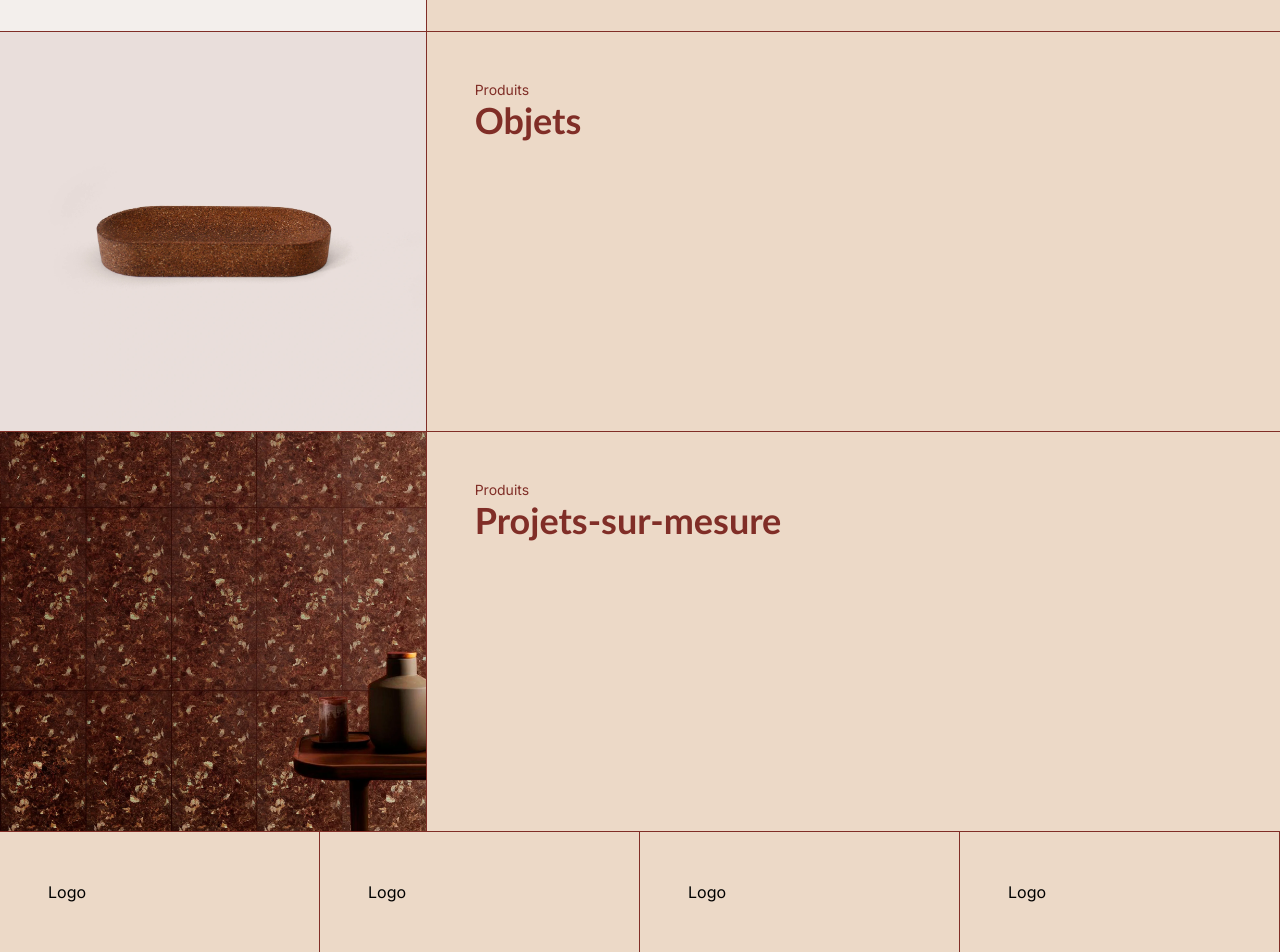
Repository: Neewd/adaozan
Page: /
The author's editor kept a copy of each file at every save. The page is drawn from the files as they stood at one save, then again after the next save.
The browser window is 1280 px wide. The pictures show the part of the page from y = 1096 to 2048 px (the page is 2048 px tall).
The project was rebuilt for these pictures with package versions that can differ from the ones it lists, and the page was loaded fresh each time. The framework's server and built-in components were replaced by stand-ins that run in the browser. Also part of the build but not shown: next.config.js.

Above is the page before, as saved 2023-08-10 21:13:53.

### app/page.tsx
import Image from "next/image";
import { Metadata } from "next";
import { ProductHero, ProductHeroProps } from "./components/ProductHero";
import { LogoCloud } from "./components/LogoCloud";

export const metadata: Metadata = {
	title: "Adaozañ",
	description: "Terme breton, définition: recycler, revaloriser",
};

const products: ProductHeroProps[] = [
	{
		imageUrl: "/img/echantillons.webp",
		title: "Produits",
		subtitle: "Echantillons",
	},
	{
		imageUrl: "/img/broye_solo.webp",
		title: "Produits",
		subtitle: "Objets",
	},
	{
		imageUrl: "/img/credence.webp",
		title: "Produits",
		subtitle: "Projets-sur-mesure",
		objectPosition: "right",
	},
];

const logos: string[] = ["logo1.png", "logo2.png", "logo3.png", "logo4.png"];

export default function Home() {
	return (
		<div className="w-full bg-cream-100 relative h-min min-h-full">
			<div className="flex top-0 sticky w-full z-1 h-[90vh]">
				<div className="basis-4/12 p-12 border-r border-brown-100">
					<Image
						src="/img/logo.png"
						width={500}
						height={500}
						alt="Logo Adaozan"
					/>
				</div>
				<div className="basis-8/12 relative">
					<Image
						className="object-cover"
						src="/img/valorisation-marc-de-pomme.webp"
						fill={true}
						alt="Valorisation marc de pomme"
					/>
				</div>
			</div>

			<div className="flex h-20 border-y border-brown-100 z-20 sticky top-0 ">
				<div className="basis-4/12 border-r px-6 flex items-center bg-cream-100"></div>
				<div className="basis-8/12 flex justify-around items-center h-full bg-cream-100/40 backdrop-blur-md">
					<div className="text-brown-100 text-lg">Produits</div>
					<div className="text-brown-100 text-lg">A propos</div>
					<div className="text-brown-100 text-lg">Contact</div>
				</div>
			</div>

			<div className="flex z-10 relative flex-col">
				{products.map((product) => {
					return (
						<ProductHero
							key={product.title}
							imageUrl={product.imageUrl}
							title={product.title}
							subtitle={product.subtitle}
						/>
					);
				})}
			</div>
			<div>
				<LogoCloud logos={logos} />
			</div>
		</div>
	);
}

### app/components/ProductHero.tsx
import Image from "next/image";
import classNames from "classnames";

export type ObjectPosition = "right" | "center";

export interface ProductHeroProps {
	imageUrl: string;
	imageAlt?: string;
	title: string;
	subtitle: string;
	objectPosition?: ObjectPosition;
}

export const ProductHero = ({
	imageUrl,
	imageAlt,
	title,
	subtitle,
	objectPosition,
}: ProductHeroProps) => {
	console.log("objectPosition", objectPosition);
	return (
		<div className="flex w-full h-[400px] bg-cream-100 cursor-pointer">
			<div className="flex basis-4/12 relative border-b border-brown-100">
				<Image
					className={classNames(
						"object-cover border-r border-brown-100",
						{
							"object-right": objectPosition === "right",
						}
					)}
					src={imageUrl}
					fill={true}
					alt={imageAlt ?? ""}
				/>
			</div>
			<div className="flex basis-8/12 relative gap-3 flex-col border-b border-brown-100">
				<div className="sticky p-12  top-24">
					<div className="text-sm text-brown-100">{title}</div>
					<div className="text-4xl text-brown-100 font-semibold font-heading">
						{subtitle}
					</div>
				</div>
			</div>
		</div>
	);
};

### app/components/LogoCloud.tsx
import Image from "next/image";

export const LogoCloud = ({ logos }: { logos: string[] }) => {
	return (
		<div className="flex w-full bg-cream-100 ">
			{logos.map((logo) => {
				return (
					<div
						className="px-12 py-12 flex-1 border-r border-brown-100"
						key={logo}
					>
						Logo
					</div>
				);
			})}
		</div>
	);
};

Loaded but not shown: app/layout.tsx (common file); app/globals.css (common file); tailwind.config.js (common file)

After the next save:
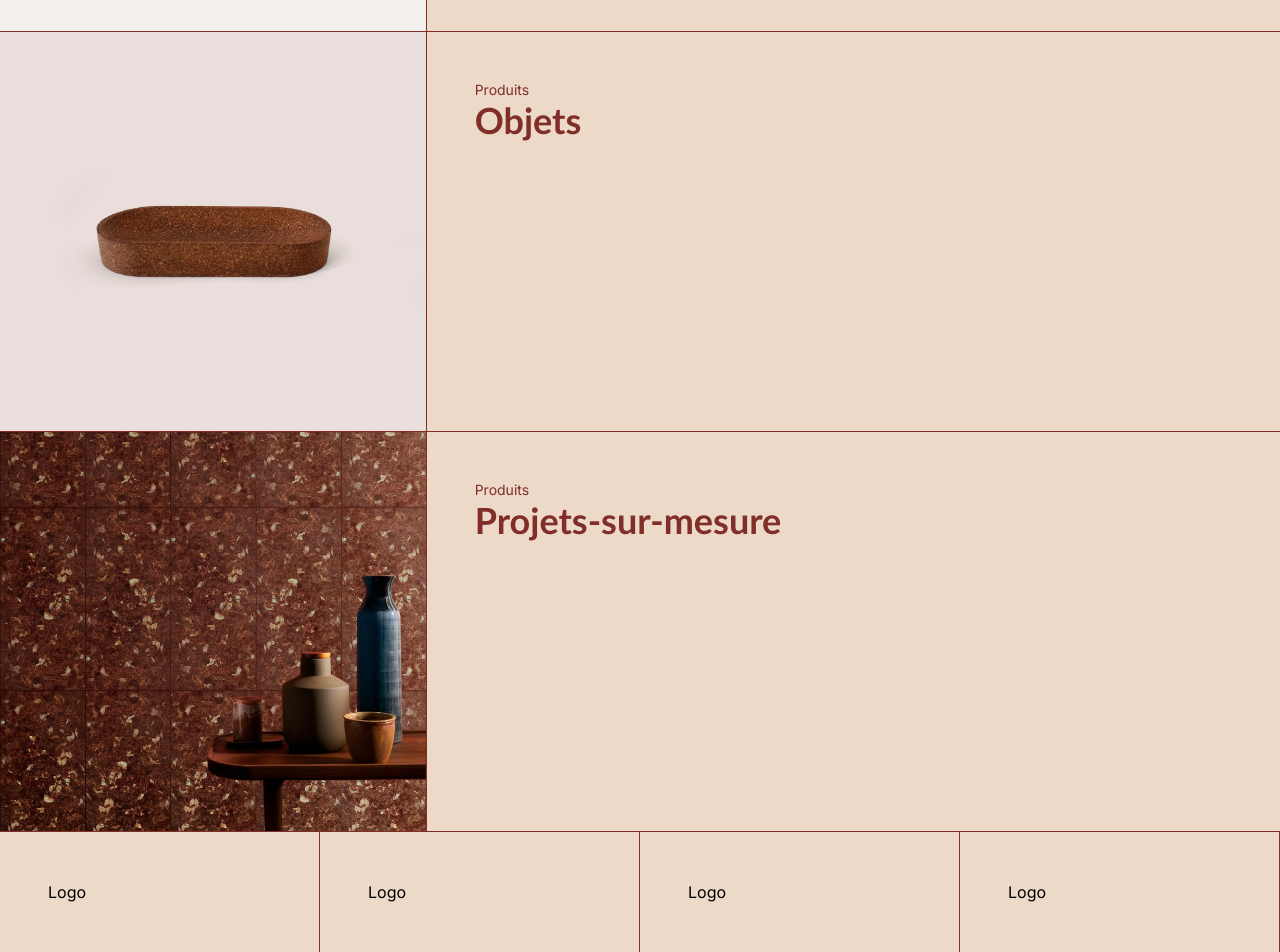
Saved 24 s later.
--- a/app/page.tsx
+++ b/app/page.tsx
@@ -68,6 +68,7 @@
 							imageUrl={product.imageUrl}
 							title={product.title}
 							subtitle={product.subtitle}
+							objectPosition={product.objectPosition}
 						/>
 					);
 				})}
